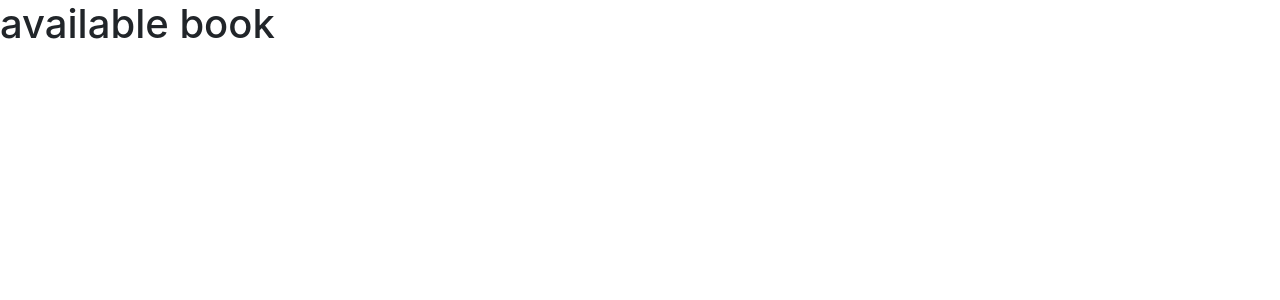
Repository: Sumanta-Sahoo/BookStoreApp
Page: bookstore/src/main/resources/static/bookRegister.html
An editor plug-in stored every save of this project. The page is shown before and after the next save, followed by the edit.
The browser window is 1280 px wide. The pictures show the whole page.

Above is the page before, as saved 2024-03-15 08:52:23.

### bookstore/src/main/resources/static/bookRegister.html
<!doctype html>
<html lang="en">

<head>
	<!-- Required meta tags -->
	<meta charset="utf-8">
	<meta name="viewport" content="width=device-width, initial-scale=1, shrink-to-fit=no">

	<!-- Bootstrap CSS -->
	<link rel="stylesheet" href="https://cdn.jsdelivr.net/npm/bootstrap@4.4.1/dist/css/bootstrap.min.css"
		integrity="sha384-Vkoo8x4CGsO3+Hhxv8T/Q5PaXtkKtu6ug5TOeNV6gBiFeWPGFN9MuhOf23Q9Ifjh" crossorigin="anonymous">

	<title>BookStore</title>
</head>

<body>

<h1>available book</h1>
<!--
	<form>
		<div class="form-group">
			<label for="exampleInputEmail1">Email address</label>
			<input type="email" class="form-control" id="exampleInputEmail1" aria-describedby="emailHelp"
				placeholder="Enter email">
			<small id="emailHelp" class="form-text text-muted">We'll never share your email with anyone else.</small>
		</div>
		<div class="form-group">
			<label for="exampleInputPassword1">Password</label>
			<input type="password" class="form-control" id="exampleInputPassword1" placeholder="Password">
		</div>
		<div class="form-check">
			<input type="checkbox" class="form-check-input" id="exampleCheck1">
			<label class="form-check-label" for="exampleCheck1">Check me out</label>
		</div>
		<button type="submit" class="btn btn-primary">Submit</button>
	</form> -->

	<!-- Optional JavaScript -->
	<!-- jQuery first, then Popper.js, then Bootstrap JS -->
	<script src="https://code.jquery.com/jquery-3.4.1.slim.min.js"
		integrity="sha384-J6qa4849blE2+poT4WnyKhv5vZF5SrPo0iEjwBvKU7imGFAV0wwj1yYfoRSJoZ+n"
		crossorigin="anonymous"></script>
	<script src="https://cdn.jsdelivr.net/npm/popper.js@1.16.0/dist/umd/popper.min.js"
		integrity="sha384-Q6E9RHvbIyZFJoft+2mJbHaEWldlvI9IOYy5n3zV9zzTtmI3UksdQRVvoxMfooAo"
		crossorigin="anonymous"></script>
	<script src="https://cdn.jsdelivr.net/npm/bootstrap@4.4.1/dist/js/bootstrap.min.js"
		integrity="sha384-wfSDF2E50Y2D1uUdj0O3uMBJnjuUD4Ih7YwaYd1iqfktj0Uod8GCExl3Og8ifwB6"
		crossorigin="anonymous"></script>
</body>

</html>

After the next save:
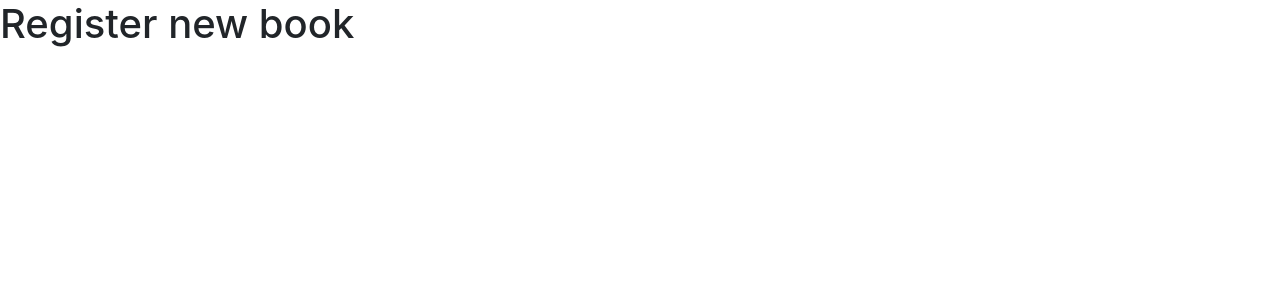
Saved 86 s later.
--- a/bookstore/src/main/resources/static/bookRegister.html
+++ b/bookstore/src/main/resources/static/bookRegister.html
@@ -15,7 +15,7 @@
 
 <body>
 
-<h1>available book</h1>
+<h1>Register new book</h1>
 <!--
 	<form>
 		<div class="form-group">
